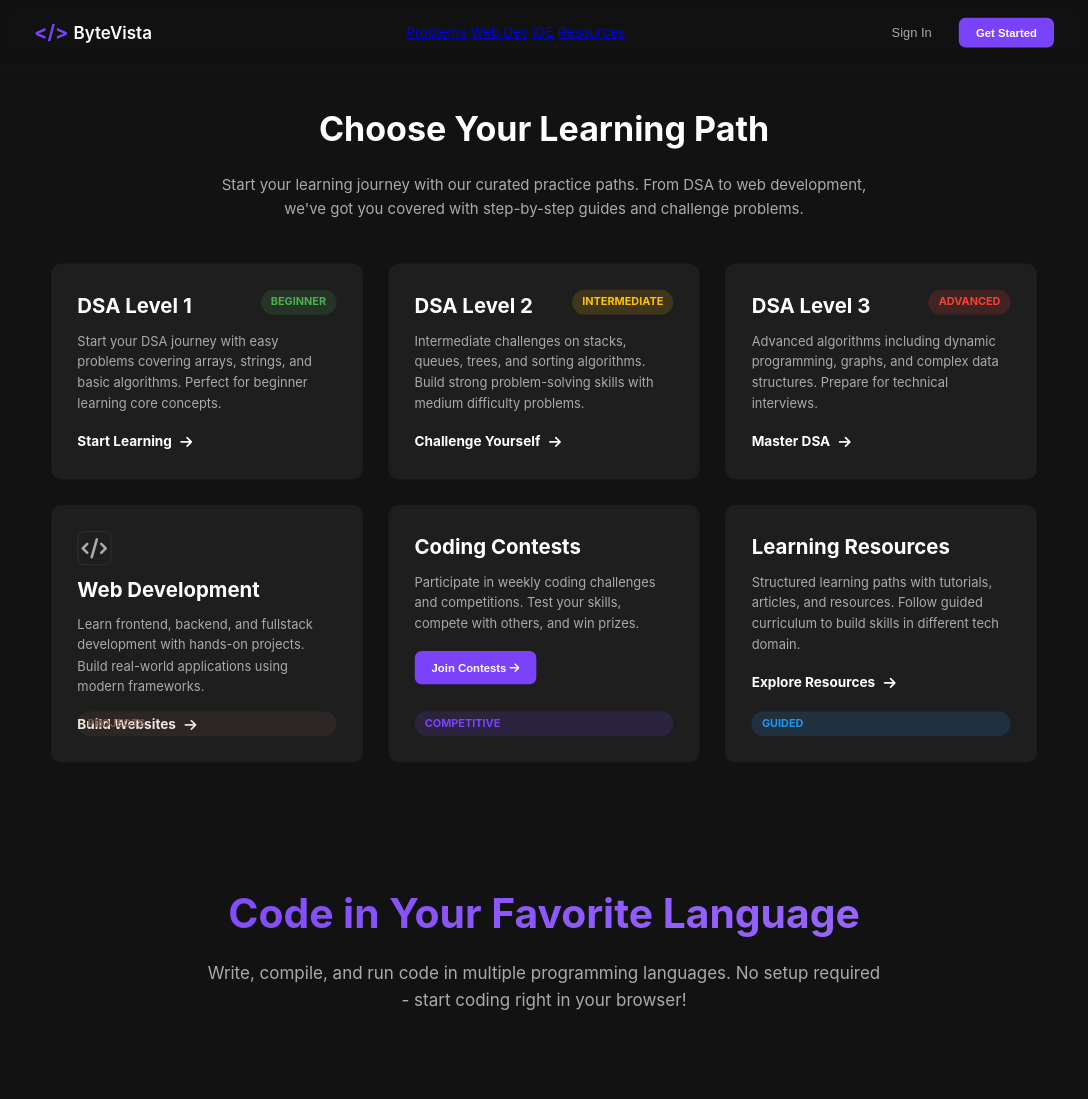
Repository: biswaranjansatapathy2005-lang/ByteVista
Page: frontend/course/course.html
These files come from the project's save history. The page is drawn as it stood at one moment and after a run of saves; the edit follows.
The browser window is 1280 px wide. The pictures show the whole page, at 85% of full size.

Above is the page before, as saved 2025-12-13 04:13:52.

After the next 3 saves:
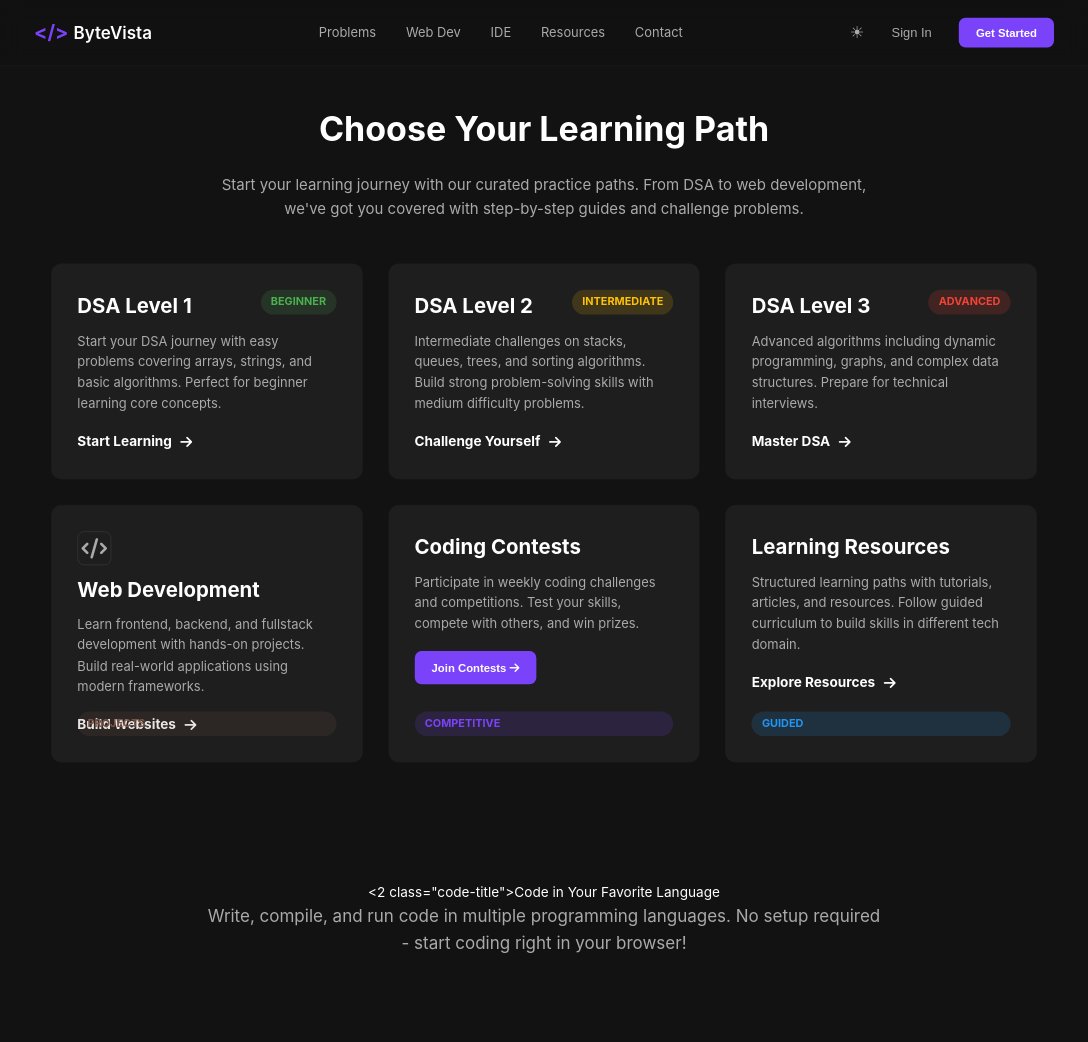
The 3 saves are shown as one change because they came seconds apart.
The last was saved 9 s later.
--- a/frontend/course/course.html
+++ b/frontend/course/course.html
@@ -9,24 +9,26 @@
 </head>
 <body>
     <header class="main-header">
-         <a href="#" class="brand-logo">
-                <span class="logo-icon">&lt;/&gt;</span>
-                <span class="logo-text">ByteVista</span>
-        <nav>
-            <ul>
+    <a href="#" class="brand-logo">
+        <span class="logo-icon">&lt;/&gt;</span>
+        <span class="logo-text">ByteVista</span>
+    </a>
 
-                <a href="#">Problems</a>
-                <a href="#">Web Dev</a>
-                <a href="#">IDE</a>
-                <a href="#">Resources</a>
+    <nav class="nav-links">
+        <a href="#">Problems</a>
+        <a href="#">Web Dev</a>
+        <a href="#">IDE</a>
+        <a href="#">Resources</a>
+        <a href="#">Contact</a>
+    </nav>
 
-            </ul>
-        </nav>
-        <div class="user-actions">
-            <button class="sign-in">Sign In</button>
-            <button class="get-started">Get Started</button>
-        </div>
-    </header>
+    <div class="user-actions">
+        <button class="theme-toggle" aria-label="Toggle Theme">☀</button>
+        <button class="sign-in">Sign In</button>
+        <button class="get-started">Get Started</button>
+    </div>
+</header>
+
     <script>
     const header = document.querySelector('.main-header');
 
@@ -118,7 +120,7 @@
     </section>
 
     <section class="code-section">
-        <h2 class="code-title">Code in Your Favorite Language</h2>
+        <2 class="code-title">Code in Your Favorite Language</h2>
         <p class="code-subtitle">
             Write, compile, and run code in multiple programming languages. No setup required - start coding right in your browser!
         </p>
